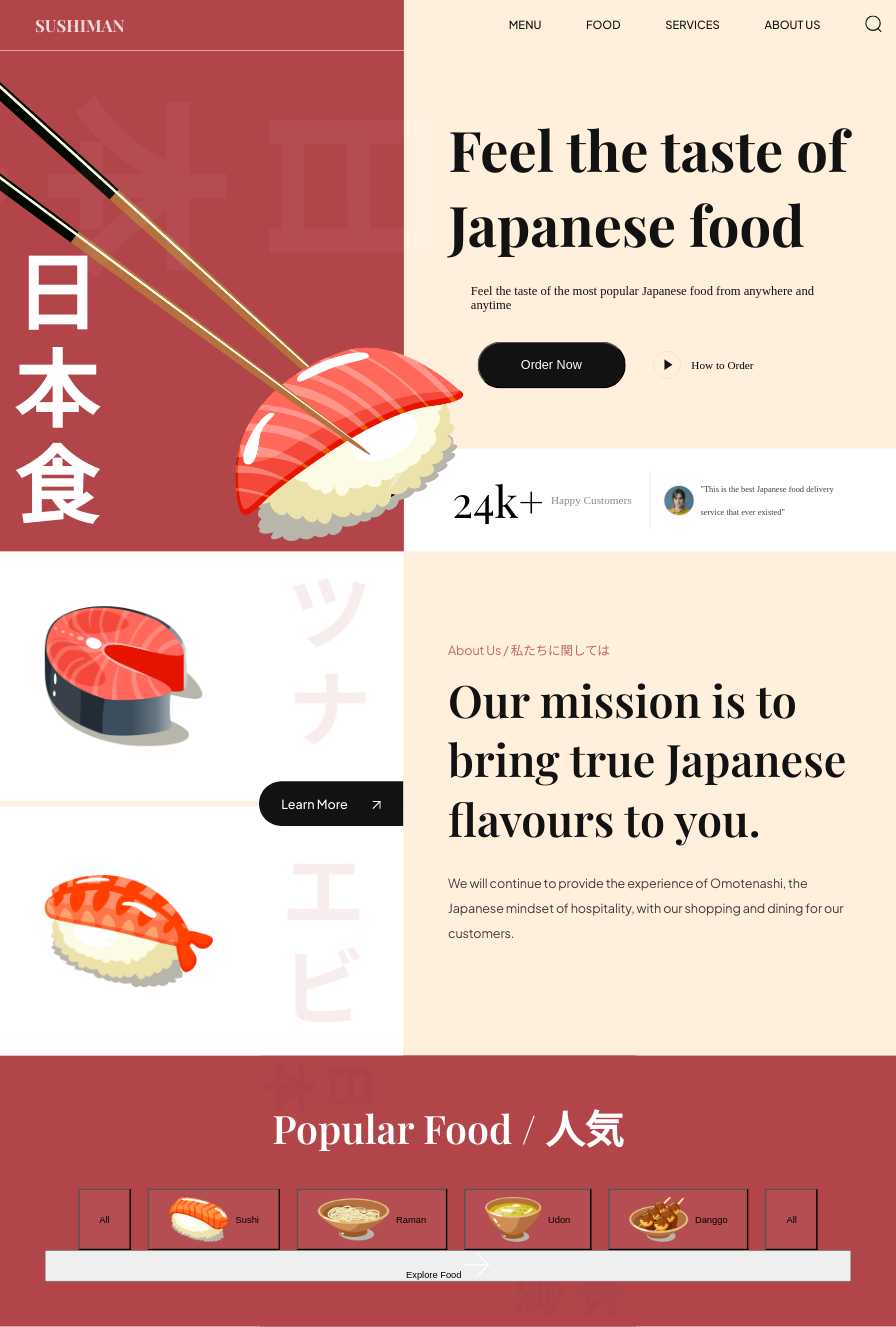
Repository: echoyol/sushiWebsite
Page: index.html
An editor plug-in stored every save of this project. The page is shown before and after the next save, followed by the edit.
The browser window is 1280 px wide. The pictures show the whole page, at 70% of full size.

Above is the page before, as saved 2023-06-04 19:58:00.

### index.html
<!DOCTYPE html>
<html lang="en">
  <head>
    <meta charset="UTF-8" />
    <meta
      http-equiv="X-UA-Compatible"
      content="IE=edge"
    />
    <meta
      name="viewport"
      content="width=device-width, initial-scale=1.0"
    />
    <link
      rel="icon"
      type="image/png"
      href="/public/sushi.png"
    />
    <link
      rel="stylesheet"
      href="/css/style.css"
    />
    <title>Sushiman</title>
  </head>
  <body>
    <header>
      <nav class="header_nav">
        <div class="header__logo">
          <h4>Sushiman</h4>
          <div class="header__logo-overlay"></div>
        </div>
        <ul class="header__menu">
          <li>
            <a href="#menu">Menu</a>
          </li>
          <li>
            <a href="#food">Food</a>
          </li>
          <li>
            <a href="#services">Services</a>
          </li>
          <li>
            <a href="#about-us">About Us</a>
          </li>
          <li>
            <img
              src="assets/search.svg"
              alt="search"
            />
          </li>
        </ul>
        <ul class="header__menu-mobile">
          <li>
            <img
              src="assets/menu.svg"
              alt="menu"
            />
          </li>
        </ul>
      </nav>
    </header>

    <section class="hero">
      <div class="hero-image">
        <img
          src="assets/sushi-1.png"
          alt="sushi"
        />
        <h2>
          日<br />
          本<br />
          食
        </h2>

        <div class="hero-image__overlay"></div>
      </div>

      <div class="hero-content">
        <div class="hero-content-info">
          <h1>Feel the taste of Japanese food</h1>
          <p>
            Feel the taste of the most popular Japanese food from anywhere and
            anytime
          </p>

          <div class="hero-content__buttons">
            <button class="hero-content__order-button">Order Now</button>
            <button class="hero-content__play-button">
              <img
                src="assets/play-circle.svg"
                alt="play"
              />
              How to Order
            </button>
          </div>
        </div>
        <div class="hero-content__testimonial">
          <div class="hero-content__customer flex-center">
            <h4>24<span>k+</span></h4>
            <p>Happy Customers</p>
          </div>

          <div class="hero-content__review">
            <img
              src="assets/user.png"
              alt="user"
            />
            <p>
              "This is the best Japanese food delivery service that ever
              existed"
            </p>
          </div>
        </div>
      </div>
    </section>

    <section
      class="about-us"
      id="about-us"
    >
      <div class="about-us__image">
        <div class="about-us__image-sushi3">
          <img
            src="assets/sushi-3.png"
            alt="sushi"
          />
        </div>

        <button class="about-us__button">
          Learn More

          <img
            src="assets/arrow-up-right.svg"
            alt="learn more"
          />
        </button>

        <div class="about-us__image-sushi2">
          <img
            src="assets/sushi-2.png"
            alt="sushi"
          />
        </div>
      </div>

      <div class="about-us__content">
        <p class="sushi__subtitle">About Us / 私たちに関しては</p>
        <h3 class="sushi__title">
          Our mission is to bring true Japanese flavours to you.
        </h3>
        <p class="sushi__description">
          We will continue to provide the experience of Omotenashi, the Japanese
          mindset of hospitality, with our shopping and dining for our
          customers.
        </p>
      </div>
    </section>

    <section
      class="popular-foods"
      id="menu"
    >
      <h2 class="popular-foods__title">Popular Food / 人気</h2>

      <div class="popular-foods__filters sushi__hide-scrollbar">
        <button class="popular-foods__filter-btn active">All</button>
        <button class="popular-foods__filter-btn">
          <img
            src="assets/sushi-9.png"
            alt="sushi 9"
          />
          Sushi
        </button>
        <button class="popular-foods__filter-btn">
          <img
            src="assets/sushi-8.png"
            alt="sushi 8"
          />
          Raman
        </button>
        <button class="popular-foods__filter-btn">
          <img
            src="assets/sushi-7.png"
            alt="sushi 7"
          />
          Udon
        </button>
        <button class="popular-foods__filter-btn">
          <img
            src="assets/sushi-6.png"
            alt="sushi 6"
          />
          Danggo
        </button>
        <button class="popular-foods__filter-btn active">All</button>
      </div>

      <div class="popular-foods__catalogue"></div>

      <button class="popular-foods__button">
        Explore Food
        <img
          src="assets/arrow-right.svg"
          alt="arrow-right"
        />
      </button>
    </section>
    <script
      src="js/script.js"
      type="module"
    ></script>
  </body>
</html>

### css/style.css
@import url('https://fonts.googleapis.com/css2?family=Playfair+Display:wght@400;500;600;700;800;900&display=swap');
@import url('https://fonts.googleapis.com/css2?family=Plus+Jakarta+Sans:wght@200;300;400;500;600;700;800&display=swap');

/* other css file imports */
@import url('sections/header.css');
@import url('sections/hero.css');
@import url('sections/about.css');
@import url('sections/popular.css');
@import url('sections/trending.css');
@import url('sections/subscribe.css');
@import url('sections/footer.css');

/* CSS variables for reusablity across all files (including above imported) */
:root {
  --playfair-display: 'Playfair Display', serif;
  --plus-jakarta-sans: 'Plus Jakarta Sans', sans-serif;

  --primary-color: #b1454a;
  --secondary-color: #121212;

  --black-200: #020202;
  --black-300: #333333;
  --black-400: #1f1e31;
  --black-500: #555555;
  --gray-100: #888888;

  --color-white: #fff;
  --color-creamson: #fff0de;
}

* {
  margin: 0;
  padding: 0;
  box-sizing: border-box;
  scroll-behavior: smooth;
}

body {
  max-width: 1280px;
  margin: 0 auto;
  background-color: var(--color-creamson);
}

a {
  text-decoration: none;
  color: inherit;
}

.flex-center {
  display: flex;
  justify-content: center;
  align-items: center;
}

.flex-between {
  display: flex;
  justify-content: space-between;
  align-items: center;
}

.sushi__subtitle {
  font-size: 18px;
  font-weight: 400;
  font-family: var(--plus-jakarta-sans);

  color: var(--primary-color);
  opacity: 0.8;

  letter-spacing: -0.01em;
}

.sushi__title {
  font-size: 64px;
  font-weight: 600;
  font-family: var(--playfair-display);

  color: var(--secondary-color);

  margin-top: 16px;
}

.sushi__description {
  font-size: 18px;
  font-weight: 400;
  font-family: var(--plus-jakarta-sans);

  line-height: 36px;
  letter-spacing: -0.01em;

  color: var(--secondary-color);
  opacity: 0.8;

  margin: 32px 0px;
}

/* Hide scrollbar for Chrome, Safari and Opera */
.sushi__hide-scrollbar::-webkit-scrollbar {
  display: none;
}

/* Hide scrollbar for IE, Edge and Firefox */
.sushi__hide-scrollbar {
  -ms-overflow-style: none; /* IE and Edge */
  scrollbar-width: none; /* Firefox */
}

/* START: about us media queries */
@media screen and (max-width: 1024px) {
  .about-us {
    flex-direction: column;
  }

  .about-us__image {
    flex-direction: row;
  }

  .about-us__image-sushi3 {
    border-bottom: none;
    border-right: 8px solid var(--color-creamson);
  }

  .about-us__button {
    display: none;
  }
}

@media screen and (max-width: 750px) {
  .about-us__image {
    flex-direction: column;
  }

  .about-us__image-sushi3 {
    border-bottom: 8px solid var(--color-creamson);
    border-right: none;
  }

  .about-us__button {
    display: block;
    top: 47%;
  }
}

@media screen and (max-width: 550px) {
  .about-us__image-sushi2 img,
  .about-us__image-sushi3 img {
    width: 50%;
    height: 160px;

    object-fit: contain;
  }

  .about-us__image div {
    padding: 32px;
  }

  .about-us__button {
    top: 44%;
  }

  .about-us__content {
    padding: 32px;
  }
}
/* END: about us media queries */

/* START: header media querie */
@media screen and (max-width: 900px) {
  .header__nav {
    background: var(--primary-color);
  }

  .header__menu {
    display: none;
  }

  .header__menu-mobile {
    display: flex;
  }
}

@media screen and (max-width: 550px) {
  .header__logo {
    padding-left: 0;
  }
}
/* END: header media queries */

/* START: hero media queries */
@media screen and (max-width: 1060px) {
  .hero {
    flex-direction: column;
  }

  .hero-image img {
    width: 100%;

    transform: matrix(1, 0.05, 0, 1.25, 0, 0) !important;
  }
}

@media screen and (max-width: 750px) {
  .hero-image h2 {
    font-size: 70px;
    line-height: 90px;
  }
}

@media screen and (max-width: 550px) {
  .hero-image h2 {
    font-size: 40px;
    line-height: 60px;
  }

  .hero-content-info {
    padding: 32px;
  }

  .hero-content-info h1 {
    font-size: 60px;
  }

  .hero-content-info p {
    margin: 32px 0;
  }

  .hero-content__buttons {
    margin: 41px 0;
  }

  .hero-content__testimonial {
    padding: 32px;
  }
}
/* END: hero media queries */

/* START: popular media queries */
@media screen and (max-width: 550px) {
  .popular-foods {
    padding: 64px 32px;
  }

  .popular-foods__card,
  .popular-foods__card.active-card {
    min-width: 100%;
  }
}
/* END: popular media queries */

/* START: subscribe media queries */
@media screen and (max-width: 550px) {
  .subscription {
    padding: 64px 32px;
  }

  .subscription h2 {
    font-size: 68px;
    line-height: 100px;
  }

  .subscription__form {
    flex-direction: column;
    gap: 20px;

    min-width: 100%;
    border-radius: 20px;
    padding: 0;

    border: none;
  }

  .subscription__form input {
    min-height: 50px;

    border: 1px solid rgba(255, 255, 255, 0.5);
    padding: 10px 20px;
    border-radius: 30px;
  }

  .subscription__form button {
    min-width: 100%;
  }
}
/* END: subscribe media queries */

/* START: trending media queries */
@media screen and (max-width: 1024px) {
  .trending-sushi {
    flex-direction: column;
  }

  .trending-drink {
    flex-direction: column-reverse;
  }

  .trending__image {
    width: 100%;
    background-size: cover;
  }

  .trending__discover {
    display: none;
  }

  .trending__arrow {
    display: none;
  }
}

@media screen and (max-width: 550px) {
  .trending__image img {
    width: 70%;
    height: 70%;
  }

  .trending__content {
    padding: 32px;
  }
}
/* END: trending media queries */

### js/script.js
// import AOS from 'aos'
// import 'aos/dist/aos.css'

// // init AOS animation
// AOS.init({
//   duration: 1000,
//   offset: 100,
// })

### css/sections/header.css
.header_nav {
  display: flex;
  overflow: hidden;
}

.header__logo {
  flex: 1;
  display: flex;
  position: relative;
  padding: 20px;
}

.header__logo-overlay {
  position: absolute;
  inset: 0;
  width: 100%;
  background-color: var(--primary-color);
  z-index: -1;
}

.header__logo h4 {
  padding-left: 30px;
  font-weight: 700;
  font-size: 24px;
  text-transform: uppercase;
  font-family: var(--playfair-display);
  color: #fff;
  opacity: 0.8;
}

.header__menu,
.header__menu-mobile {
  padding: 20px;
  flex: 1.236;
  display: flex;
  align-items: center;
  justify-content: flex-end;
  gap: 64px;

  list-style: none;
}

.header__menu li {
  font-weight: 500;
  font-family: var(--plus-jakarta-sans);
  color: var(--secondary-color);
  font-size: 16px;
  text-transform: uppercase;
  line-height: 20px;
  cursor: pointer;
}

.header__menu li img {
  width: 24px;
  height: 24px;
  object-fit: contain;
}

.header__menu-mobile {
  display: none;
  gap: 20px;
  position: relative;
}

### css/sections/hero.css
.hero {
  display: flex;
  min-height: calc(100vh-74px);
  overflow: hidden;
}

.hero-image {
  flex: 1;
  display: flex;
  flex-direction: column;
  position: relative;
  z-index: 5;
}

.hero-image img {
  width: 120%;
  height: 100%;
  object-fit: contain;
}

.hero-image__overlay {
  position: absolute;
  inset: 0;
  width: 100%;
  background-color: var(--primary-color);
  z-index: -1;
}

.hero-image h2 {
  position: absolute;
  bottom: 0;
  padding: 20px;
  font-family: var(--playfair-diaplay);
  font-weight: 700;
  font-size: 120px;
  line-height: 138px;
  color: #fff;
}

.hero-content {
  flex: 1.22;
  display: flex;
  justify-content: space-between;
  flex-direction: column;
}

.hero-content-info {
  padding: 64px;
  flex: 1;
  display: flex;
  justify-content: center;
  flex-direction: column;
}

.hero-content-info h1 {
  font-size: 80px;
  font-weight: 600px;
  font-family: var(--playfair-display);
  color: var(--secondary-color);
}

.hero-content-info p {
  margin: 32px 0 0 32px;
  font-family: var(--plus-jakarta-sana);
  color: var(--secondary-color);
  font-size: 18px;
  font-weight: 400;
}

.hero-content__buttons {
  margin: 41px 0 0 41px;
  display: flex;
  flex-wrap: wrap;
  gap: 36px;
}

.hero-content__order-button {
  padding: 20px;
  border-radius: 36px;
  min-width: 212px;
  outline: none;
  background-color: var(--secondary-color);
  cursor: pointer;
  color: #fff;
  font-weight: 500;
  font-size: 18px;
  line-height: 23px;
}

.hero-content__play-button {
  border: none;
  outline: none;
  background: transparent;

  display: flex;
  align-items: center;

  font-size: 16px;
  line-height: 19px;
  color: var(--black-200);
  font-family: var(--plus-jakarta-sana);

  cursor: pointer;
}

.hero-content__play-button img {
  margin-right: 12px;

  width: 46px;
  height: 46px;
  object-fit: contain;
}

.hero-content__testimonial {
  padding: 32px 64px;

  display: flex;
  flex-wrap: wrap;
  gap: 20px;

  background: var(--color-white);
}

.hero-content__customer {
  flex: 1;
  gap: 10px;
}

.hero-content__customer h4 {
  font-size: 62px;
  font-weight: 400;
  font-family: var(--playfair-display);
}

.hero-content__customer p {
  font-size: 16px;
  font-weight: 400;
  font-family: var(--plus-jakarta-sana);
  color: var(--secondary-color);
  opacity: 0.5;
}

.hero-content__review {
  flex: 1;
  display: flex;
  align-items: center;
  gap: 10px;

  padding-left: 20px;
  border-left: 1px solid rgba(2, 2, 2, 0.1);
  min-width: 200px;
}
.hero-content__review img {
  width: 42px;
  height: 42px;
  object-fit: contain;
}

.hero-content__review p {
  font-size: 12px;
  font-weight: 400;
  line-height: 32px;
  font-family: var(--plus-jakarta-sana);
  color: var(--secondary-color);
  opacity: 0.8;
}

### css/sections/about.css
.about-us {
  display: flex;
  min-height: 720px;
  overflow: hidden;
}

.about-us__image {
  flex: 1;
  display: flex;
  flex-direction: column;
  justify-content: center;

  background: var(--color-white);

  position: relative;
}

.about-us__image div {
  padding: 32px 64px;

  flex: 1;
  display: flex;
  align-items: center;

  background-position: center;
  background-repeat: no-repeat;
  background-size: contain;
}

.about-us__image-sushi3 {
  border-bottom: 8px solid var(--color-creamson);

  background-image: url('../../assets/about_bg1.png');
}

.about-us__image-sushi2 {
  background-image: url('../../assets/about_bg2.png');
}

.about-us__image-sushi3 img {
  width: 225px;
  height: 200px;
}

.about-us__image-sushi2 img {
  width: 240px;
  height: 160px;
}

.about-us__button {
  position: absolute;
  right: 0;

  padding: 12px 32px;
  min-height: 64px;

  background: var(--secondary-color);
  border-radius: 32px 0 0 32px;
  border: 0;
  outline: 0;

  color: #fff;
  font-family: var(--plus-jakarta-sans);
  font-weight: 500;
  font-size: 18px;
  line-height: 23px;
  cursor: pointer;
}

.about-us__button img {
  object-fit: contain;
  margin-left: 32px;
}

.about-us__content {
  padding: 64px;

  flex: 1;
  display: flex;
  justify-content: center;
  flex-direction: column;
}

### css/sections/popular.css
.popular-foods {
  padding: 64px;

  display: flex;
  flex-direction: column;

  background-color: var(--primary-color);
  background-image: url('../../assets/popular_bg.png');
  background-position: center;
  background-repeat: no-repeat;
  background-size: contain;

  overflow: hidden;
}

.popular-foods__title {
  font-size: 56px;
  font-family: var(--playfair-display);
  font-weight: 600;
  line-height: 78px;
  color: #fff;
  text-align: center;
}

.popular-foods__filters {
  margin-top: 48px;
  max-width: 100%;
  overflow-x: auto;

  display: flex;
  justify-content: center;
  gap: 24px;
}

.popular-foods__filter-btn {
  padding: 10px 28px;

  display: flex;
  flex-direction: row;
  align-items: center;
  gap: 10px;

  background: rgba(255, 255, 255, 0.05);
}

Loaded but not shown: css/sections/trending.css (no stored copy; drawn as an empty file); css/sections/subscribe.css (no stored copy; drawn as an empty file); css/sections/footer.css (no stored copy; drawn as an empty file)

After the next save:
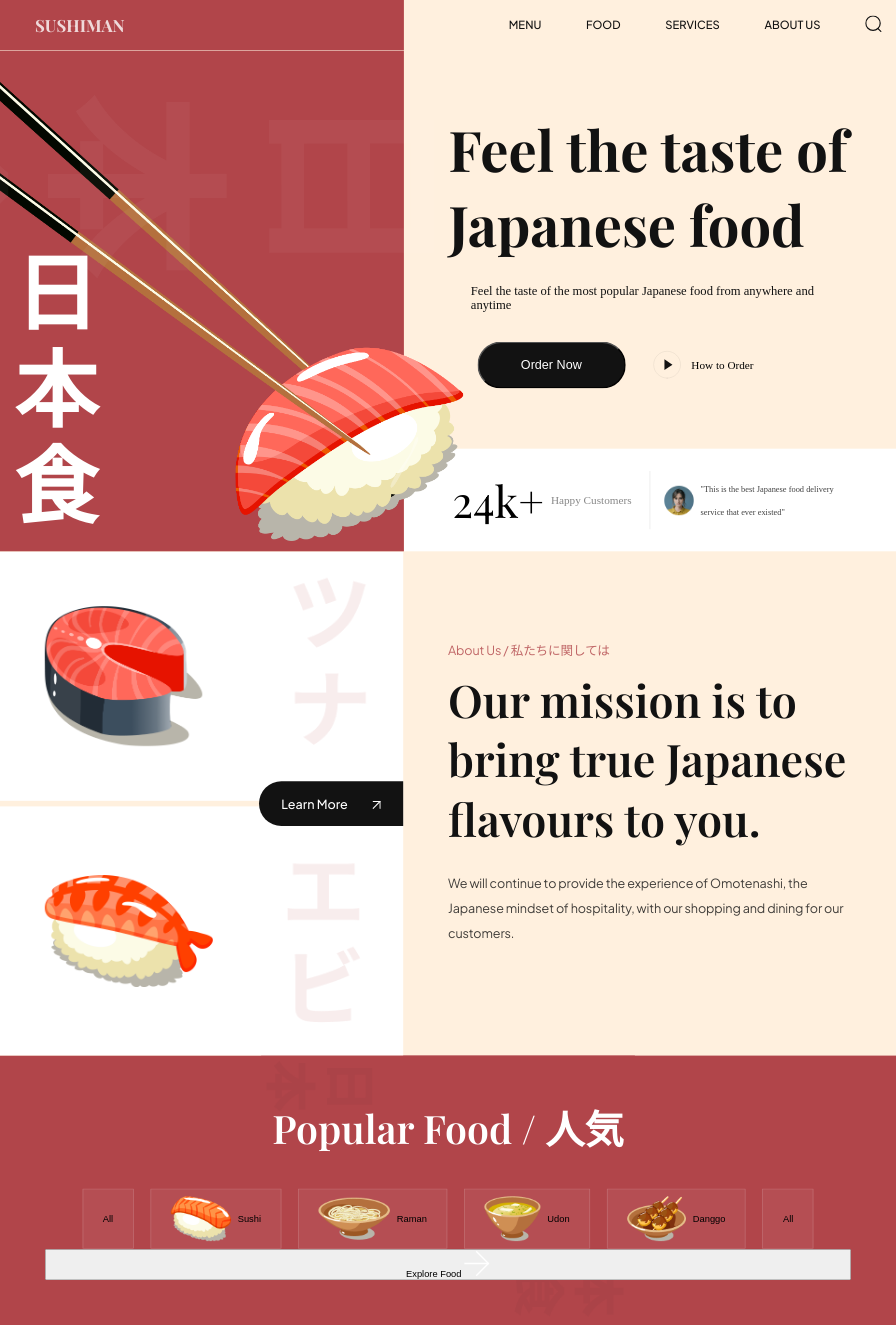
Saved 39 s later.
--- a/css/sections/popular.css
+++ b/css/sections/popular.css
@@ -41,4 +41,5 @@
   gap: 10px;
 
   background: rgba(255, 255, 255, 0.05);
+  border: 1px solid rgba(255, 255, 255, 0.2);
 }
